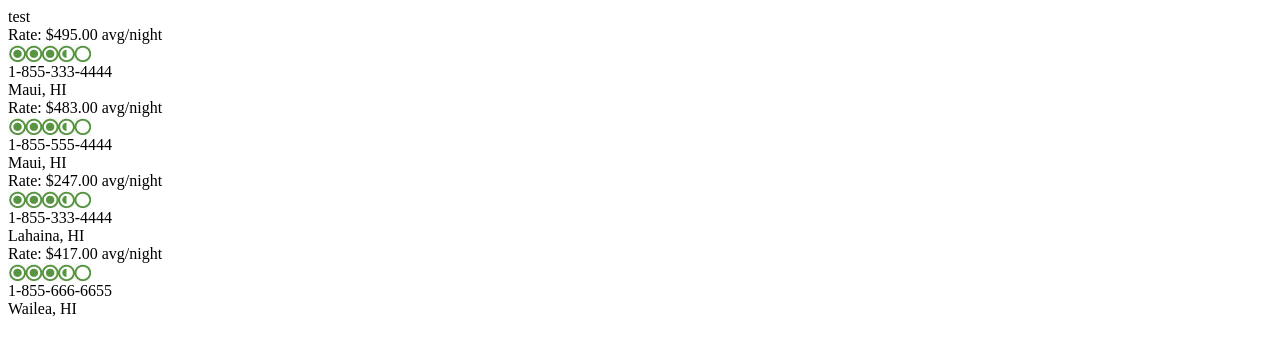
Repository: polyTravelPort/polyTravelPort
Page: tcard.html
The author's editor kept a record of every edit. The page is drawn from the files as they stood at one moment, then again after the next edit.
The browser window is 1280 px wide. The pictures show the whole page.

Above is the page before.

After the next edit:
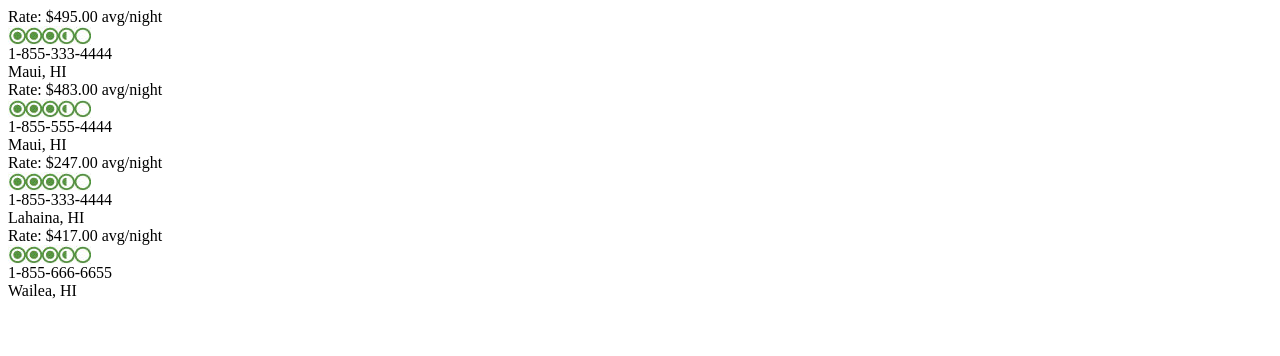
The edit:
--- a/tcard.html
+++ b/tcard.html
@@ -1,4 +1,3 @@
- test
 
 		<paper-card class='fancy' heading="Sheraton Maui Resort" headingColor="#ffffff"	image="images/htl1.jpg" noCurve>
 			<div content>
